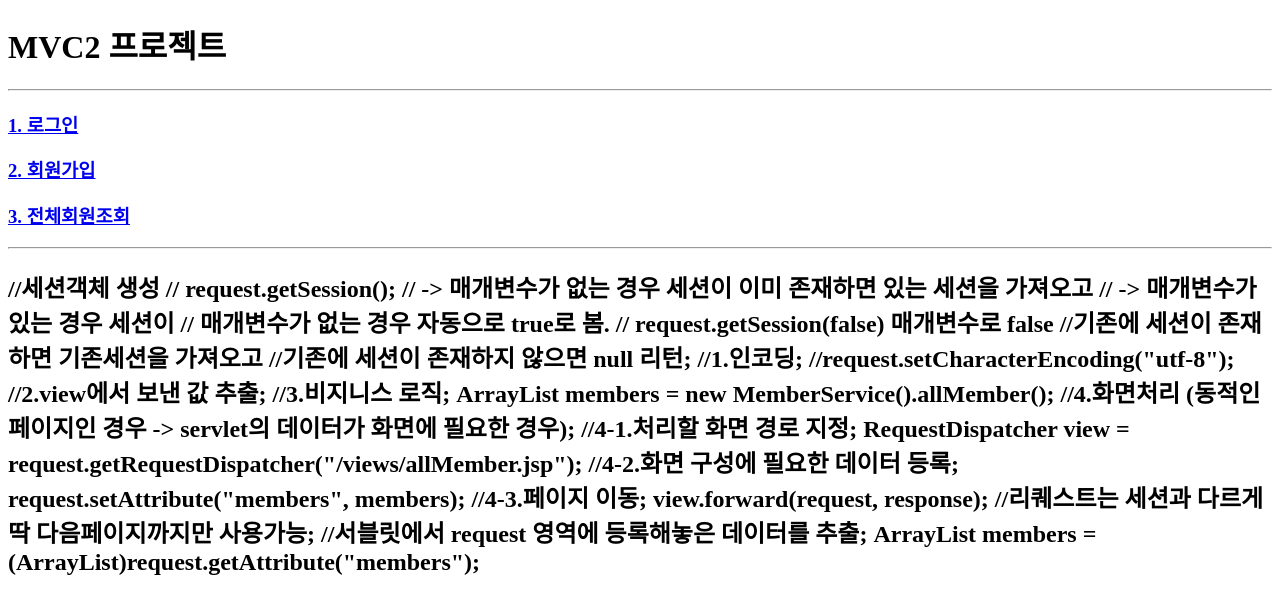
Repository: beescuit9510/toyProjects
Page: http://localhost/06_mvc2Project/
An editor plug-in stored every save of this project. The page is shown before and after the next save, followed by the edit.
The browser window is 1280 px wide. The pictures show the whole page.
The page is served by Tomcat 9.

Above is the page before, as saved 2021-10-01 03:17:39.

After the next save:
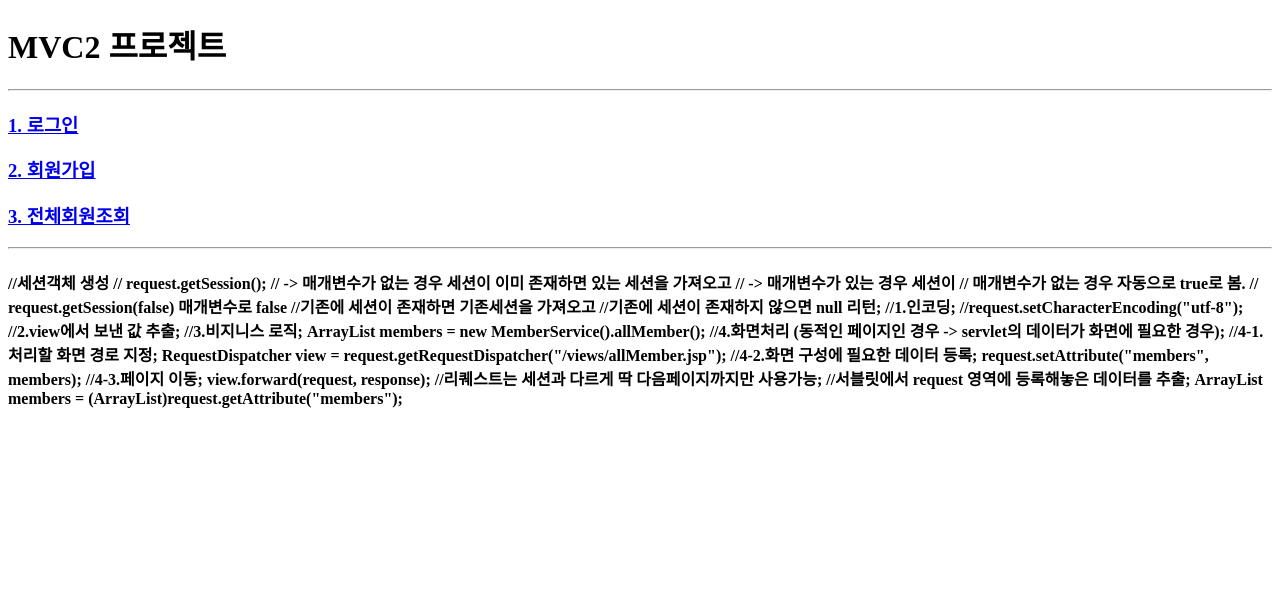
Saved 30 s later.
--- a/web-server-workplace/06_mvc2Project/src/main/webapp/index.jsp
+++ b/web-server-workplace/06_mvc2Project/src/main/webapp/index.jsp
@@ -14,7 +14,7 @@
 	<h3><a href="/allMember">3. 전체회원조회</a></h3>
 
 	<hr>
-	<h2>
+	<h4>
 
 		//세션객체 생성
 		// request.getSession();
